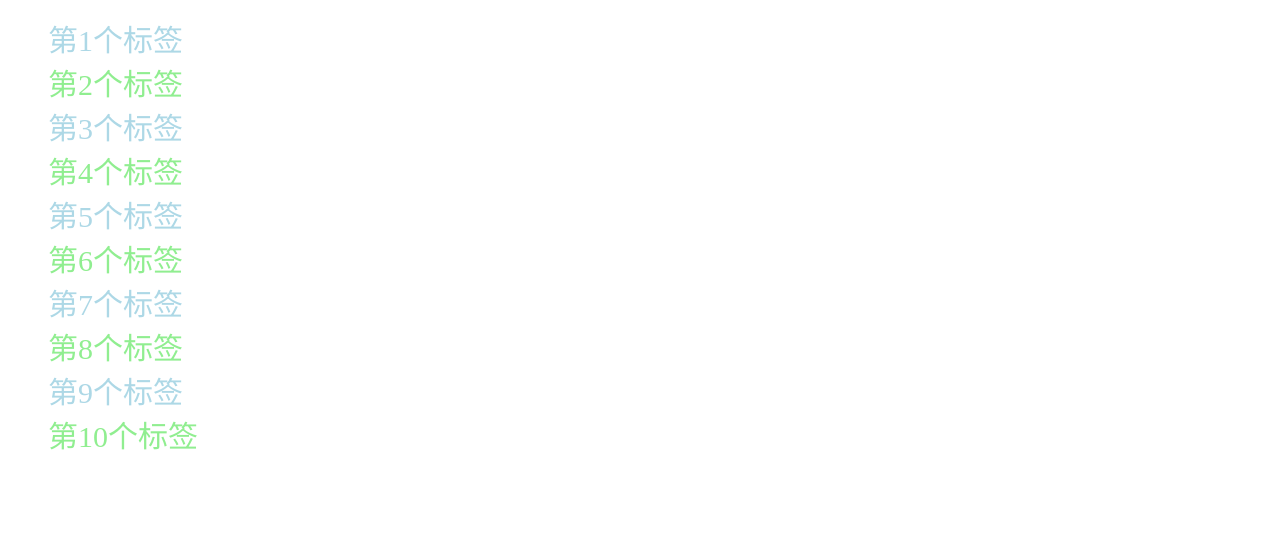
Repository: hawkWang2021/front-end-learing
Page: / (app in vue/day01/homework/demo/)
An editor plug-in stored every save of this project. The page is shown before and after a run of saves, followed by the edit.
The browser window is 1280 px wide. The pictures show the whole page.
The project was rebuilt for these pictures with package versions that can differ from the ones it lists, and the page was loaded fresh each time. Also part of the build but not shown: vue/day01/homework/demo/webpack.config.js.

Above is the page before, as saved 2022-06-18 20:39:56.

### vue/day01/homework/demo/public/index.html
<!DOCTYPE html>
<html lang="zh-CN">
	<head>
		<meta charset="UTF-8" />
		<meta http-equiv="X-UA-Compatible" content="IE=edge" />
		<meta name="viewport" content="width=device-width, initial-scale=1.0" />
		<title>Document</title>
	</head>
	<body>
		<ul>
			<li>第1个标签</li>
			<li>第2个标签</li>
			<li>第3个标签</li>
			<li>第4个标签</li>
			<li>第5个标签</li>
			<li>第6个标签</li>
			<li>第7个标签</li>
			<li>第8个标签</li>
			<li>第9个标签</li>
			<li>第10个标签</li>
		</ul>
	</body>
</html>

### vue/day01/homework/demo/src/main.js
import $ from 'jquery'
import './css/index.css'
import './less/index.less'
$('li:nth-child(odd)').css('color', 'lightblue')
$('li:nth-child(even)').css('color', 'lightgreen')

### vue/day01/homework/demo/src/css/index.css
ul,
li {
	list-style: none;
}

### vue/day01/homework/demo/src/less/index.less
ul {
	li {
		font-size: 30px;
	}
}

After the next 2 saves:
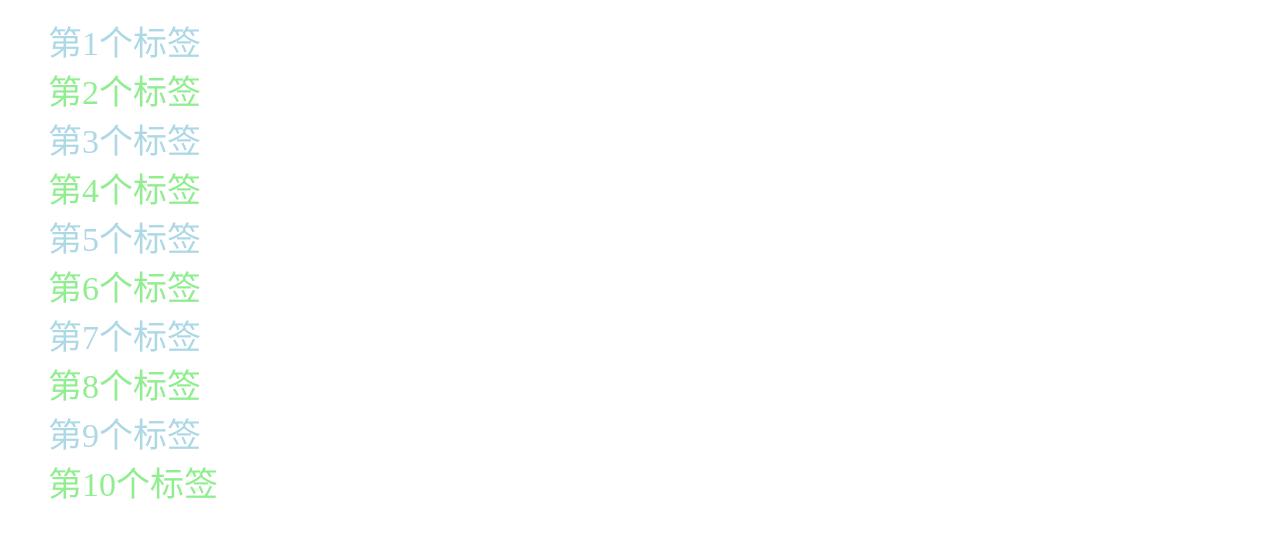
The 2 saves are shown as one change because they came seconds apart.
The last was saved 65 s later.
--- a/vue/day01/homework/demo/src/less/index.less
+++ b/vue/day01/homework/demo/src/less/index.less
@@ -1,5 +1,6 @@
+@size: 34px;
 ul {
 	li {
-		font-size: 30px;
+		font-size: @size;
 	}
 }
